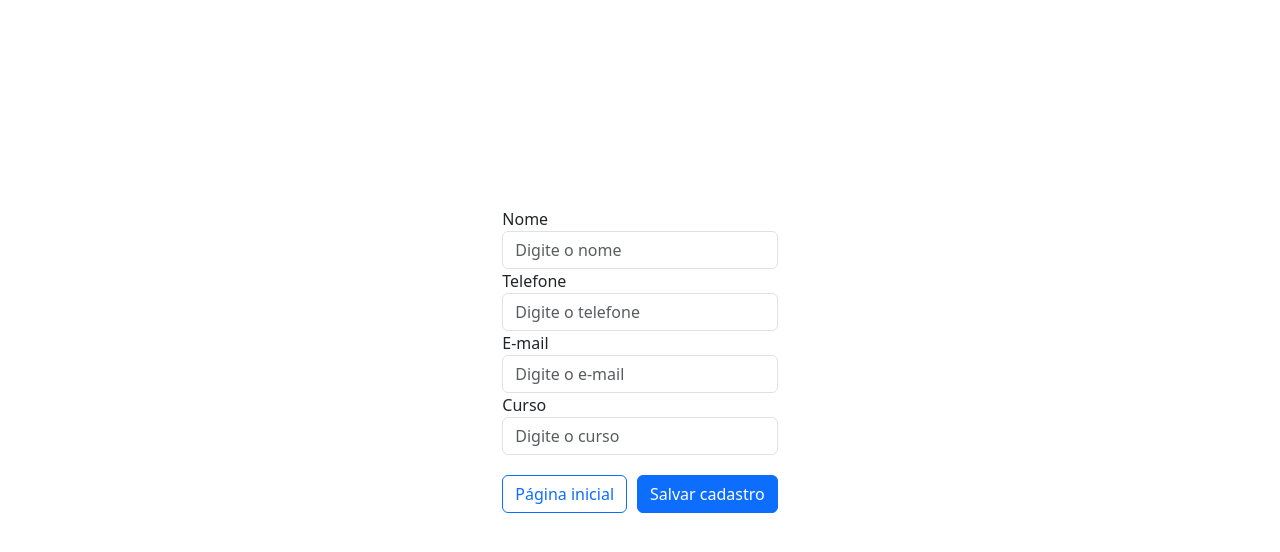
Repository: juliatbarbosa/CRUD-ALUNOS
Page: http://localhost/OlaMundo/alunos/cadastrobean/formulario.jsp
The author's editor kept a copy of each file at every save. The page is drawn from the files as they stood at one save, then again after the next save.
The browser window is 1280 px wide. The pictures show the whole page.
The page is served by Tomcat 9. Queries for data that is not in the repository find no rows.

Above is the page before, as saved 2024-09-30 02:03:31.

### OlaMundo/src/main/webapp/alunos/cadastrobean/formulario.jsp
<%@ page language="java" contentType="text/html; charset=UTF-8"
    pageEncoding="UTF-8"%>
<!DOCTYPE html>

<html>
<head>
<meta charset="UTF-8">

<title>Formulário</title>
<link href="https://cdn.jsdelivr.net/npm/bootstrap@5.3.3/dist/css/bootstrap.min.css" rel="stylesheet" integrity="sha384-QWTKZyjpPEjISv5WaRU9OFeRpok6YctnYmDr5pNlyT2bRjXh0JMhjY6hW+ALEwIH" crossorigin="anonymous">
<link href="https://cdn.jsdelivr.net/npm/bootstrap-icons/font/bootstrap-icons.css" rel="stylesheet">

<style>

	body {
		display: flex;
		justify-content: center;
		align-items: center;
		height: 100vh;

	}
	.conteudoTela {
		width: 550px;
		background-color: white;
	padding: 20px;
	border-radius: 10px;
	box-shadow: 0 2px 6px 0px rgba(0, 0, 0, 0.15);


	}
	h1 {
		text-align:center;
		margin-bottom: 20px;
		font-size: 32px;
	}

	.botoes {
	display: flex;
	justify-content: end;
	align-items: center;
	gap:10px;
	margin-top:20px;
	}

</style>
</head>
<body>

	<jsp:useBean id="a" class="org.alunos.Aluno" scope="page"/>
	<jsp:useBean id="adao" class="org.alunos.AlunoDAO" scope="page"/>
	<jsp:setProperty property="*" name="a"/>
	${a = adao.consultar(a.idaluno)}

	<div >

	</div>

	<form action="gravar.jsp" method="post">
			  <input type="hidden" name="idaluno" value="${a.idaluno}">
			  <div class="form-group">
			    <label for="inputNome">Nome</label>
			    <input type="text" class="form-control" id="inputNome" name="nome" placeholder="Digite o nome" value="${a.nome}" required>
			  </div>
			  <div class="form-group">
			    <label for="inputTelefone">Telefone</label>
			    <input type="text" class="form-control" id="inputTelefone" name="telefone" placeholder="Digite o telefone" value="${a.telefone}" required>
			  </div>
			  <div class="form-group">
			    <label for="inputEmail">E-mail</label>
			    <input type="email" class="form-control" id="inputEmail" name="email" placeholder="Digite o e-mail" value="${a.email}" required>
			  </div>
			  <div class="form-group">
			    <label for="inputCurso">Curso</label>
			    <input type="text" class="form-control" id="inputCurso" name="curso" placeholder="Digite o curso" value="${a.curso}" required>
			  </div>
			  <div class="botoes">
				<button type="button" class="btn btn-outline-primary" onclick="window.location.href='index.jsp';">
					Página inicial
				</button>
			  	<button type="submit" class="btn btn-primary">Salvar cadastro</button>

		</div>
		</form>
		<script src="https://cdn.jsdelivr.net/npm/bootstrap@5.3.3/dist/js/bootstrap.bundle.min.js" integrity="sha384-YvpcrYf0tY3lHB60NNkmXc5s9fDVZLESaAA55NDzOxhy9GkcIdslK1eN7N6jIeHz" crossorigin="anonymous"></script>

</body>
</html>

### OlaMundo/src/main/java/org/alunos/Aluno.java
package org.alunos;

public class Aluno {

	private int idaluno;
	private String nome;
	private String telefone;
	private String email;
	private String curso;

	public int getIdaluno() {
		return idaluno;
	}

	public void setIdaluno(int idaluno) {
		this.idaluno = idaluno;
	}

	public String getNome() {
		return nome;
	}

	public void setNome(String nome) {
		this.nome = nome;
	}

	public String getTelefone() {
		return telefone;
	}

	public void setTelefone(String telefone) {
		this.telefone = telefone;
	}

	public String getEmail() {
		return email;
	}

	public void setEmail(String email) {
		this.email = email;
	}

	public String getCurso() {
		return curso;
	}

	public void setCurso(String curso) {
		this.curso = curso;
	}

	public String toString() {
		return "";
	}
}

### OlaMundo/src/main/java/org/alunos/AlunoDAO.java
package org.alunos;

import java.sql.PreparedStatement;
import java.sql.ResultSet;
import java.sql.Statement;
import java.util.LinkedList;
public class AlunoDAO {

	public void salvar(Aluno a) {
		if (a.getIdaluno() > 0) {
			alterar(a);
		} else {
			inserir(a);
		}
	}

	public void criarTabela() {
	    Conexao con = new Conexao();
	    try {
	        String sql = "CREATE TABLE IF NOT EXISTS aluno ("
	                + "idaluno INT PRIMARY KEY AUTO_INCREMENT,"
	                + "`nome` TEXT,"
	                + "telefone TEXT,"
	                + "email TEXT,"
	                + "curso TEXT)";
	        PreparedStatement prep = con.getConnection().prepareStatement(sql);
	        prep.execute();
	    } catch (Exception e) {
	        e.printStackTrace();
	    } finally {
	        con.desconecta();
	    }
	}


	public void inserir(Aluno a) {
		//lista.add(p);

		Conexao con = new Conexao();
		try {
			String sql = "INSERT INTO aluno (nome, telefone, email, curso)"
					+ "VALUES (?,?,?,?)";
			PreparedStatement prep = con.getConnection().prepareStatement(sql);
			prep.setString(1, a.getNome());
			prep.setString(2, a.getTelefone());
			prep.setString(3, a.getEmail());
			prep.setString(4, a.getCurso());
			prep.execute();
			} catch (Exception e) {
			e.printStackTrace();
		}

		con.desconecta();
	}

	public LinkedList<Aluno> listar() {
		LinkedList<Aluno> lista = new LinkedList<Aluno>();
		Conexao con = new Conexao();
		try {
			String sql = "SELECT * FROM aluno";
			Statement sta = con.getConnection().createStatement();
			ResultSet res = sta.executeQuery(sql);
			while (res.next()) {
				Aluno a = new Aluno();
				a.setIdaluno(res.getInt("idaluno"));
				a.setNome(res.getString("nome"));
				a.setTelefone(res.getString("telefone"));
				a.setEmail(res.getString("email"));
				a.setCurso(res.getString("curso"));
				lista.add(a);
			}
		} catch (Exception e) {
			e.printStackTrace();
		}

		con.desconecta();
		return lista;
	}

	public void alterar(Aluno a) {
		Conexao con = new Conexao();
		try {
			String sql = "UPDATE aluno SET "
					+ " nome = ?, telefone = ?, "
					+ "email = ?, curso = ?"
					+ "WHERE idaluno = ?";
			PreparedStatement prep = con.getConnection().prepareStatement(sql);
			prep.setString(1, a.getNome());
			prep.setString(2, a.getTelefone());
			prep.setString(3, a.getEmail());
			prep.setString(4, a.getCurso());
			prep.setInt(5, a.getIdaluno());
			prep.execute();
			} catch (Exception e) {
			e.printStackTrace();
		}
		con.desconecta();
	}

	public void excluir(Aluno a) {
		Conexao con = new Conexao();
		try {
			String sql = "DELETE FROM aluno "
					+ "WHERE idaluno = ?";
			PreparedStatement prep = con.getConnection().prepareStatement(sql);
			prep.setInt(1, a.getIdaluno());
			prep.execute();
			} catch (Exception e) {
			e.printStackTrace();
		}
		con.desconecta();
	}

	public Aluno consultar(int id) {
		Aluno a = new Aluno();
		Conexao con = new Conexao();
		try {
			String sql = "SELECT * FROM aluno WHERE idaluno = " + id;
			Statement sta = con.getConnection().createStatement();
			ResultSet res = sta.executeQuery(sql);
			while (res.next()) {
				a.setIdaluno(res.getInt("idaluno"));
				a.setNome(res.getString("nome"));
				a.setTelefone(res.getString("telefone"));
				a.setEmail(res.getString("email"));
				a.setCurso(res.getString("curso"));
			}
		} catch (Exception e) {
			e.printStackTrace();
		}

		con.desconecta();
		return a;
	}

}

### OlaMundo/src/main/java/org/alunos/Conexao.java
package org.alunos;

import java.sql.Connection;
import java.sql.DriverManager;

public class Conexao {
	private Connection connection;

	public Conexao() {
		try {
			Class.forName("com.mysql.cj.jdbc.Driver");
			// abre conexão com o banco de dados
			connection = DriverManager.getConnection("jdbc:mysql://54.91.193.137:3306/"
			+ "libertas5per?verifyServerCertificate=false&useSSL=false", "libertas", "123456");
		} catch (Exception e) {
			e.printStackTrace();
		}
	}

	public void desconecta() {
		try {
			connection.close();
		} catch (Exception e) {
			e.printStackTrace();
		}
	}

	public Connection getConnection() {
		return connection;
	}

	public void setConnection(Connection connection) {
		this.connection = connection;
	}

}

After the next save:
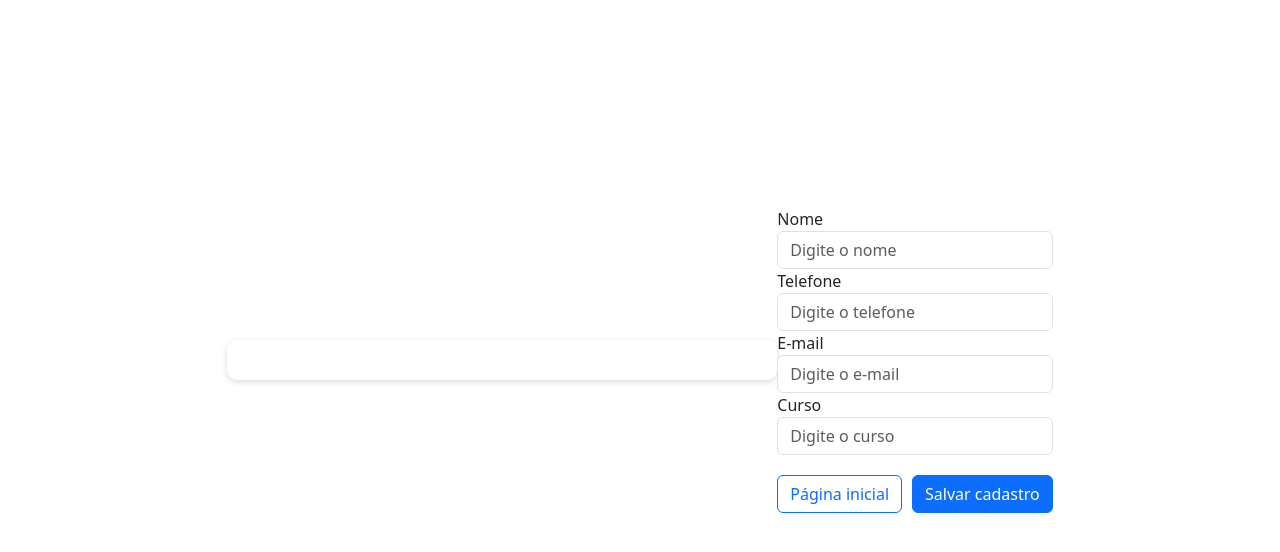
Saved 9 s later.
--- a/OlaMundo/src/main/webapp/alunos/cadastrobean/formulario.jsp
+++ b/OlaMundo/src/main/webapp/alunos/cadastrobean/formulario.jsp
@@ -51,7 +51,7 @@
 	<jsp:setProperty property="*" name="a"/>
 	${a = adao.consultar(a.idaluno)}
 
-	<div >
+	<div class="conteudoTela">
 
 	</div>
 
